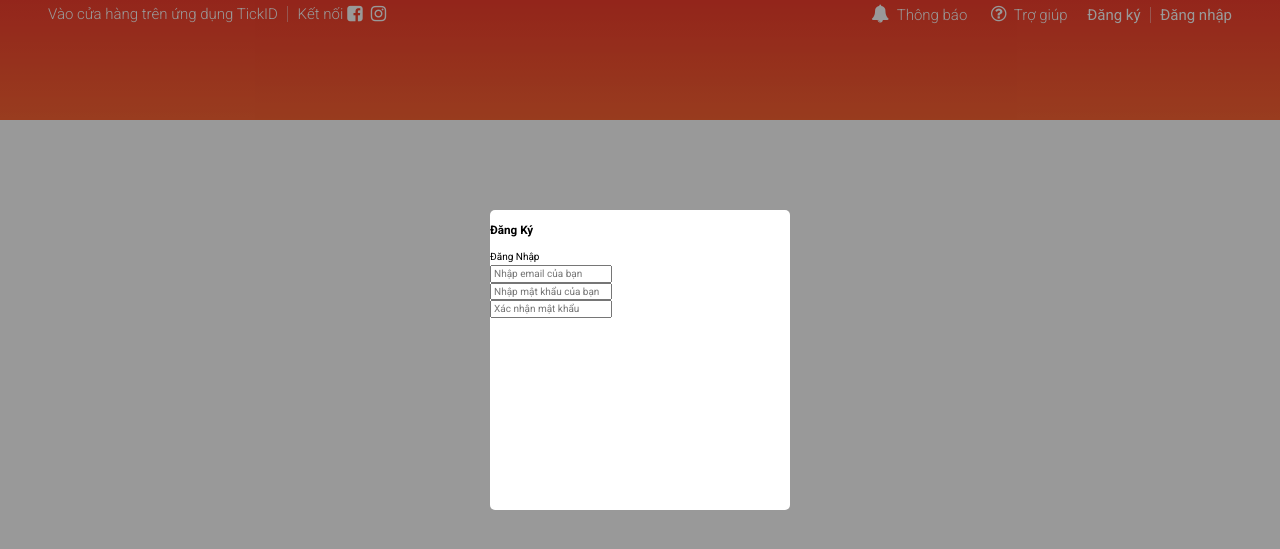
Repository: huydev0401/F8-Shop
Page: index.html
These files come from the project's save history. The page is drawn as it stood at one moment and after the next save; the edit follows.
The browser window is 1280 px wide. The pictures show the whole page.

Above is the page before, as saved 2021-08-12 15:22:14.

### index.html
<!DOCTYPE html>
<html lang="en">
<head>
    <meta charset="UTF-8">
    <meta http-equiv="X-UA-Compatible" content="IE=edge">
    <meta name="viewport" content="width=device-width, initial-scale=1.0">
    <title>Document</title>
    <link rel="stylesheet" href="https://cdnjs.cloudflare.com/ajax/libs/font-awesome/4.7.0/css/font-awesome.css">
    <link rel="preconnect" href="https://fonts.googleapis.com">
    <link rel="preconnect" href="https://fonts.gstatic.com" crossorigin>
    <link href="https://fonts.googleapis.com/css2?family=Roboto:wght@300;400;700&display=swap" rel="stylesheet">
    <link rel="stylesheet" href="https://cdnjs.cloudflare.com/ajax/libs/normalize/8.0.1/normalize.min.css">
    <link rel="stylesheet" href="./assets/css/base.css">
    <link rel="stylesheet" href="./assets/css/main.css">
</head>
<body>
    <header class="header">
        <nav class="navbar grid">
            <ul class="navbar__list">
                <li class="navbar__item navbar__item--has-qr navbar__item--separate">
                    Vào cửa hàng trên ứng dụng TickID
                    <div class="header-qr">
                        <img src="./assets/img/qr_code.png" alt="QR Code" class="header-qr__img">
                        <div class="header-qr__apps">
                            <a href="#" class="header-qr__link">
                                <img class="header-qr__app" src="./assets/img/google_play.png" alt="google play">
                            </a>
                            <a href="#" class="header-qr__link">
                                <img class="header-qr__app" src="./assets/img/app_store.png" alt="app store">
                            </a>
                            <a href="#" class="header-qr__link">
                                <img class="header-qr__app" src="./assets/img/app_gallery.png" alt="app gallery">
                            </a>
                        </div>
                    </div>
                </li>
                <li class="navbar__item">
                    <span class="text-white cursor-text">Kết nối</span>
                    <a class="navbar-icon__link" href="#">
                        <i class="navbar__icon fa fa-facebook-square"></i>
                    </a>
                    <a class="navbar-icon__link" href="#">
                        <i class="navbar__icon fa fa-instagram"></i>
                    </a>
                </li>
            </ul>
            <ul class="navbar__list">
                <li class="navbar__item navbar__item--has-noti">
                    <a href="#" class="navbar__link">
                        <i class="navbar__icon fa fa-bell"></i>
                        Thông báo
                    </a>
                    <div class="header__noti">
                        <div class="noti__heading">
                            <h3>Thông báo mới nhận</h3>
                        </div>
                        <ul class="noti__list">
                            <li class="noti__item">
                                <a href="#" class="noti__link">
                                    <img src="https://images.unsplash.com/photo-1484399172022-72a90b12e3c1?ixid=MnwxMjA3fDB8MHxwaG90by1wYWdlfHx8fGVufDB8fHx8&ixlib=rb-1.2.1&auto=format&fit=crop&w=1050&q=80" alt="" class="noti__image">
                                    <div class="noti__info">
                                        <span class="noti__name">Xác thực chính hãng nguồn gốc các sản phẩm Ohui</span>
                                        <span class="noti__desc">Xác thực chính hãng nguồn gốc các sản phẩm Ohui</span>
                                    </div>
                                </a>
                            </li>
                            <li class="noti__item noti__item--unread">
                                <a href="#" class="noti__link">
                                    <img src="https://images.unsplash.com/photo-1484399172022-72a90b12e3c1?ixid=MnwxMjA3fDB8MHxwaG90by1wYWdlfHx8fGVufDB8fHx8&ixlib=rb-1.2.1&auto=format&fit=crop&w=1050&q=80" alt="" class="noti__image">
                                    <div class="noti__info">
                                        <span class="noti__name">Xác thực chính hãng nguồn gốc các sản phẩm Ohui</span>
                                        <span class="noti__desc">Xác thực chính hãng nguồn gốc các sản phẩm Ohui</span>
                                    </div>
                                </a>
                            </li>
                            <li class="noti__item noti__item--unread">
                                <a href="#" class="noti__link">
                                    <img src="https://images.unsplash.com/photo-1484399172022-72a90b12e3c1?ixid=MnwxMjA3fDB8MHxwaG90by1wYWdlfHx8fGVufDB8fHx8&ixlib=rb-1.2.1&auto=format&fit=crop&w=1050&q=80" alt="" class="noti__image">
                                    <div class="noti__info">
                                        <span class="noti__name">Xác thực chính hãng nguồn gốc các sản phẩm Ohui</span>
                                        <span class="noti__desc">Xác thực chính hãng nguồn gốc các sản phẩm Ohui</span>
                                    </div>
                                </a>
                            </li>
                            <li class="noti__item noti__item--unread">
                                <a href="#" class="noti__link">
                                    <img src="https://images.unsplash.com/photo-1484399172022-72a90b12e3c1?ixid=MnwxMjA3fDB8MHxwaG90by1wYWdlfHx8fGVufDB8fHx8&ixlib=rb-1.2.1&auto=format&fit=crop&w=1050&q=80" alt="" class="noti__image">
                                    <div class="noti__info">
                                        <span class="noti__name">Xác thực chính hãng nguồn gốc các sản phẩm Ohui</span>
                                        <span class="noti__desc">Xác thực chính hãng nguồn gốc các sản phẩm Ohui</span>
                                    </div>
                                </a>
                            </li>
                        </ul>
                        <div class="noti__footer">
                            <a href="#" class="noti__btn">Xem tất cả</a>
                        </div>
                    </div>
                </li>
                <li class="navbar__item">
                    <a href="#" class="navbar__link">
                        <i class="navbar__icon fa fa-question-circle-o"></i>
                        Trợ giúp
                    </a>
                </li>
                <li class="navbar__item navbar__item--bold navbar__item--separate">Đăng ký</li>
                <li class="navbar__item navbar__item--bold">Đăng nhập</li>
            </ul>
        </nav>
    </header>
    <main class="wrapper">

    </main>
    <footer class="footer">

    </footer>

    <!-- Modal -->
    <div class="modal">
        <div class="modal__overlay"></div>
        <div class="modal__content">
            <div class="modal__inner">
                <!-- authen form -->
                <div class="auth-form">
                    <div class="authen-form__header">
                        <h3 class="authen-form__heading">Đăng Ký</h3>
                        <span class="authen-form__switch-btn">Đăng Nhập</span>
                    </div>
                    <div class="authen-form__form">
                        <div class="authen-form__group">
                            <input type="text" class="authen-form__input" placeholder="Nhập email của bạn">
                        </div>
                        <div class="authen-form__group">
                            <input type="password" class="authen-form__input" placeholder="Nhập mật khẩu của bạn">
                        </div>
                        <div class="authen-form__group">
                            <input type="password" class="authen-form__input" placeholder="Xác nhận mật khẩu">
                        </div>
                    </div>
                    <div class="authen-form__aside">

                    </div>
                </div>
            </div>
        </div>
    </div>
</body>
</html>

### assets/css/base.css
:root {
    --white_color: #fff;
    --black_color: #000;
    --text_color: #333;
}

* {
    box-sizing: inherit;
}

html {
    font-size: 62.5%;
    line-height: 1.6rem;
    box-sizing: border-box;
    font-family: 'Roboto', sans-serif;
}

.grid {
    width: 1200px;
    max-width: 100%;
    margin: 0 auto;
}

.grid__full-width {
    width: 100%;
}

.grid__row {
    display: flex;
    flex-wrap: wrap;
}

.text-white {
    color: #fff;
}

.cursor-text {
    cursor: text;
}

/* Modal */
.modal {
    display: flex;
    position: fixed;
    top: 0;
    right: 0;
    bottom: 0;
    left: 0;
}

.modal__overlay {
    position: absolute;
    top: 0;
    left: 0;
    width: 100%;
    height: 100%;
    background-color: rgba(0, 0, 0, .4);
}

.modal__content {
    margin: auto;
    width: 300px;
    height: 300px;
    border-radius: 5px;
    background-color: var(--white_color);
    position: relative;
    z-index: 1;
}

### assets/css/main.css
.header {
    height: 120px;
    background-image: linear-gradient(to bottom, #f53e2d, #fe6433 );
}

.navbar {
    display: flex;
    justify-content: space-between;
}

.navbar__list {
    list-style: none;
    padding-left: 0;
    font-size: 1.5rem;
    font-weight: 300;
    margin-top: 5px;
}

.navbar__item {
    display: inline-block;
    margin: 0 8px;
    color: var(--white_color);
    position: relative;
    transition: all .2s linear;
    min-height: 18px;
}

.navbar__item--has-noti:hover .header__noti {
    display: block;
}

.navbar__item--has-qr:hover .header-qr {
    display: block;
}

.navbar__item--separate::after {
    content: " ";
    border-right: 1px solid #fb9086;
    height: 16px;
    position: absolute;
    top: 50%;
    right: -10px;
    transform: translateY(-50%);
}

.navbar__item--bold {
    font-weight: 400;
}

.navbar__link {
    color: var(--white_color);
    text-decoration: none;
    transition: all .2s linear;
}

.navbar__item:hover,
.navbar__link:hover,
.navbar-icon__link:hover {
    color: rgba(255, 255, 255, .7);
    cursor: pointer;
}

.navbar__item,
.navbar-icon__link {
    display: inline-flex;
    align-items: center;
}

.navbar-icon__link {
    color: var(--white_color);
    text-decoration: none;
}

.navbar__icon {
    font-size: 18px;
    margin: 0 4px;
}

.header-qr {
    background-color: var(--white_color);
    width: 180px;
    position: absolute;
    top: 140%;
    left: 0;
    padding: 8px;
    border-radius: 2px;
    display: none;
    animation: fadeIn linear .3s;
    will-change: opacity;
}

@keyframes fadeIn {
    from {
        opacity: 0;
    }
    to {
        opacity: 1;
    }
}

.header-qr::before {
    content: "";
    position: absolute;
    top: -18px;
    left: 0;
    width: 100%;
    height: 20px;
    display: block;
}

.header-qr__img {
    width: 100%;
}

.header-qr__apps {
    display: flex;
    justify-content: space-between;
    flex-wrap: wrap;
}

.header-qr__link {
    width: calc(50% - 10px);
    margin: 5px 0 5px 10px;
}

.header-qr__app {
    height: 15px;
}

.header__noti {
    position: absolute;
    top: 140%;
    right: 0;
    width: 404px;
    background-color: var(--white_color);
    border: 1px solid #d3d3d3;
    cursor: default;
    transform-origin: calc(100% - 20px) top;
    animation: headerNotiGrowth ease-in .2s;
    will-change: opacity, transform;
    display: none;
}

@keyframes headerNotiGrowth {
    from {
        opacity: 0;
        transform: scale(0);
    }
    to {
        opacity: 1;
        transform: scale(1);
    }
}

.header__noti::before {
    content: "";
    position: absolute;
    top: -23px;
    right: 3px;
    border-width: 16px 30px;
    border-style: solid;
    border-color: transparent transparent var(--white_color) transparent;
}

.header__noti::after {
    content: "";
    position: absolute;
    top: -18px;
    right: 0;
    width: 110px;
    height: 20px;
    display: block;
}

.noti__heading {
    height: 40px;
    background-color: var(--white_color);
}

.noti__heading h3 {
    color: #999;
    margin: 0;
    font-weight: 400;
    font-size: 1.4rem;
    text-transform: capitalize;
    line-height: 40px;
    margin-left: 12px;
    user-select: none;
}

.noti__list {
    padding-left: 0;
}

.noti__item {
    transition: all .2s linear;
}

.noti__item:hover {
    background-color: #f7f7f7;
}

.noti__item--unread {
    background-color: rgba(238, 75, 43, 0.09);
}

.noti__link {
    display: flex;
    padding: 12px;
    text-decoration: none;
}

.noti__image {
    width: 48px;
    object-fit: contain;
}

.noti__info {
    margin-left: 12px;
}

.noti__name {
    display: block;
    font-size: 1.4rem;
    color: var(--black_color);
    font-weight: 400;
    margin-bottom: 5px;
}

.noti__desc {
    display: block;
    font-size: 1.2rem;
    color: #756f6e;
}

.noti__footer {
    text-align: center;
}

.noti__btn {
    text-decoration: none;
    color: var(--text_color);
    padding: 10px 0;
    width: 100%;
    font-size: 1.4rem;
    font-weight: 400;
    display: block;
}

After the next save:
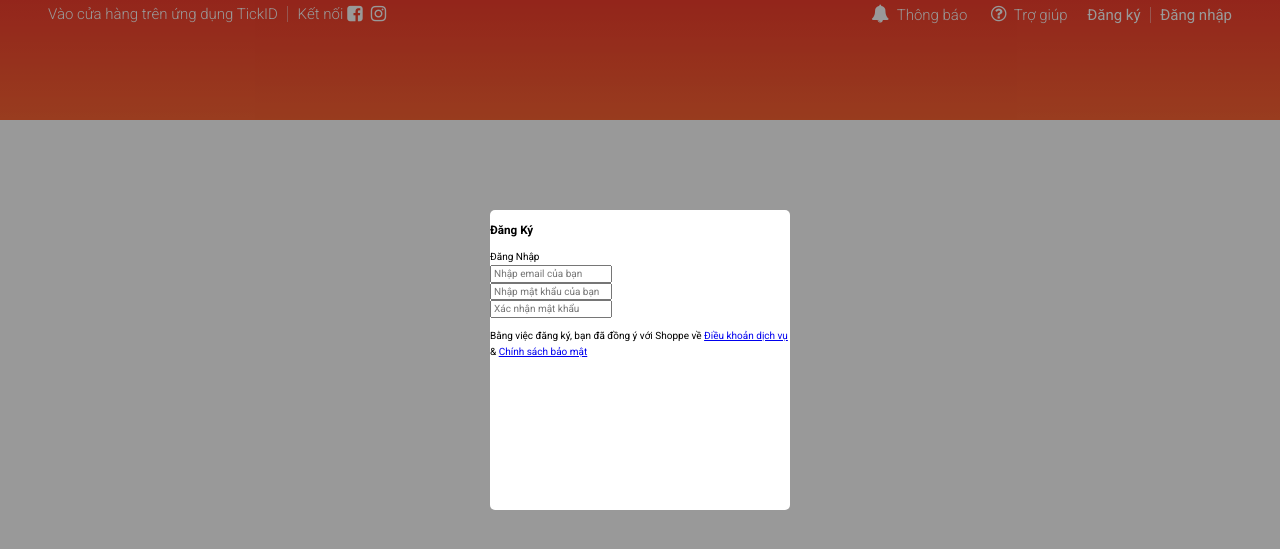
Saved 118 s later.
--- a/index.html
+++ b/index.html
@@ -138,7 +138,11 @@
                         </div>
                     </div>
                     <div class="authen-form__aside">
-
+                        <p class="authen-form__policy-text">
+                            Bằng việc đăng ký, bạn đã đồng ý với Shoppe về
+                            <a href="#" class="authen-form__policy-link">Điều khoản dịch vụ</a> &
+                            <a href="#" class="authen-form__policy-link">Chính sách bảo mật</a>
+                        </p>
                     </div>
                 </div>
             </div>
